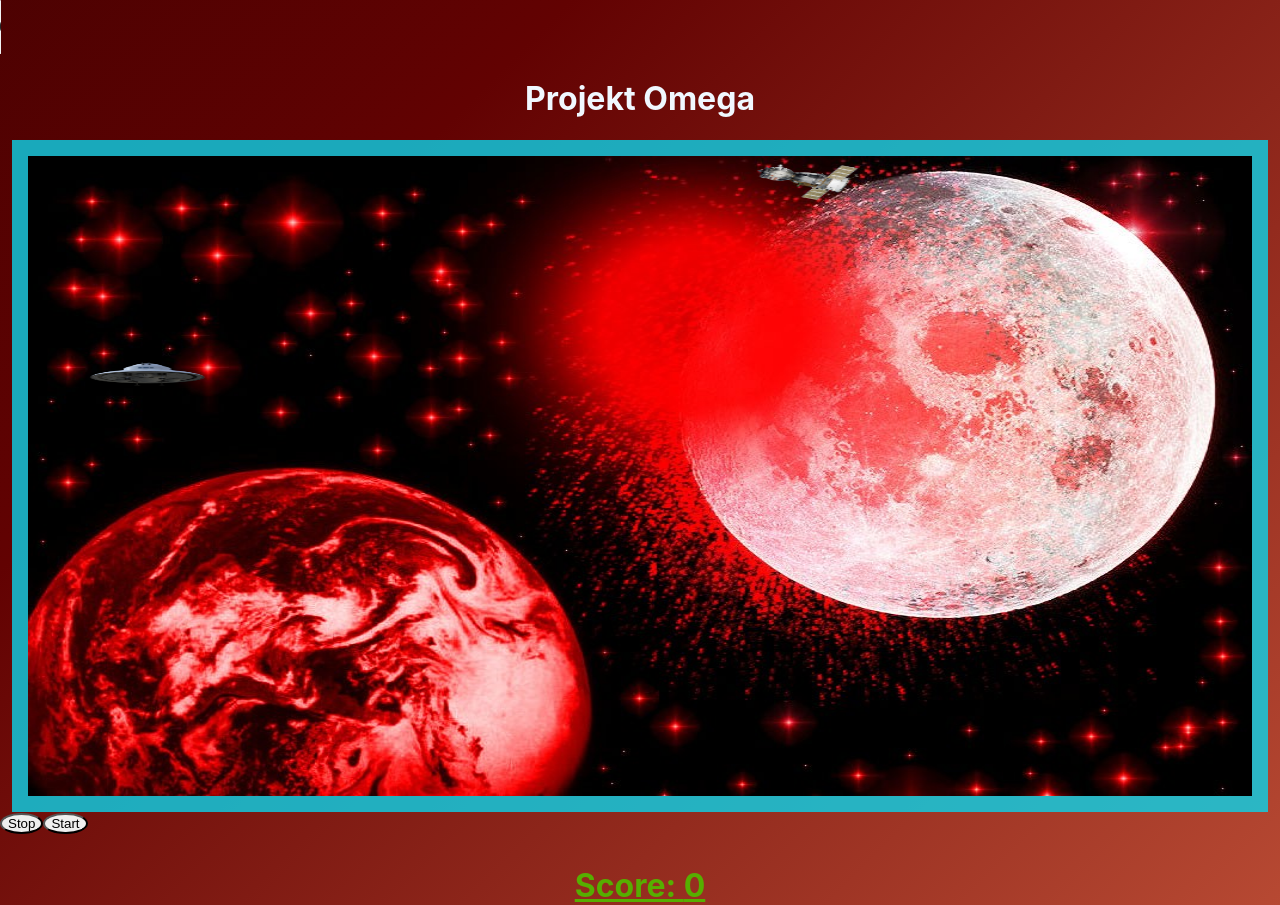
Repository: Der-Metatron/Projekt-Omega-Sprotte
Page: /, after clicking the first element matching `button.startbutton`
The author's editor kept a copy of each file at every save. The page is drawn from the files as they stood at one save, then again after the next save.
The browser window is 1280 px wide. The pictures show the whole page.
The project was rebuilt for these pictures with package versions that can differ from the ones it lists, and the page was loaded fresh each time.

Above is the page before, as saved 2022-06-23 20:50:38.

After the next save:
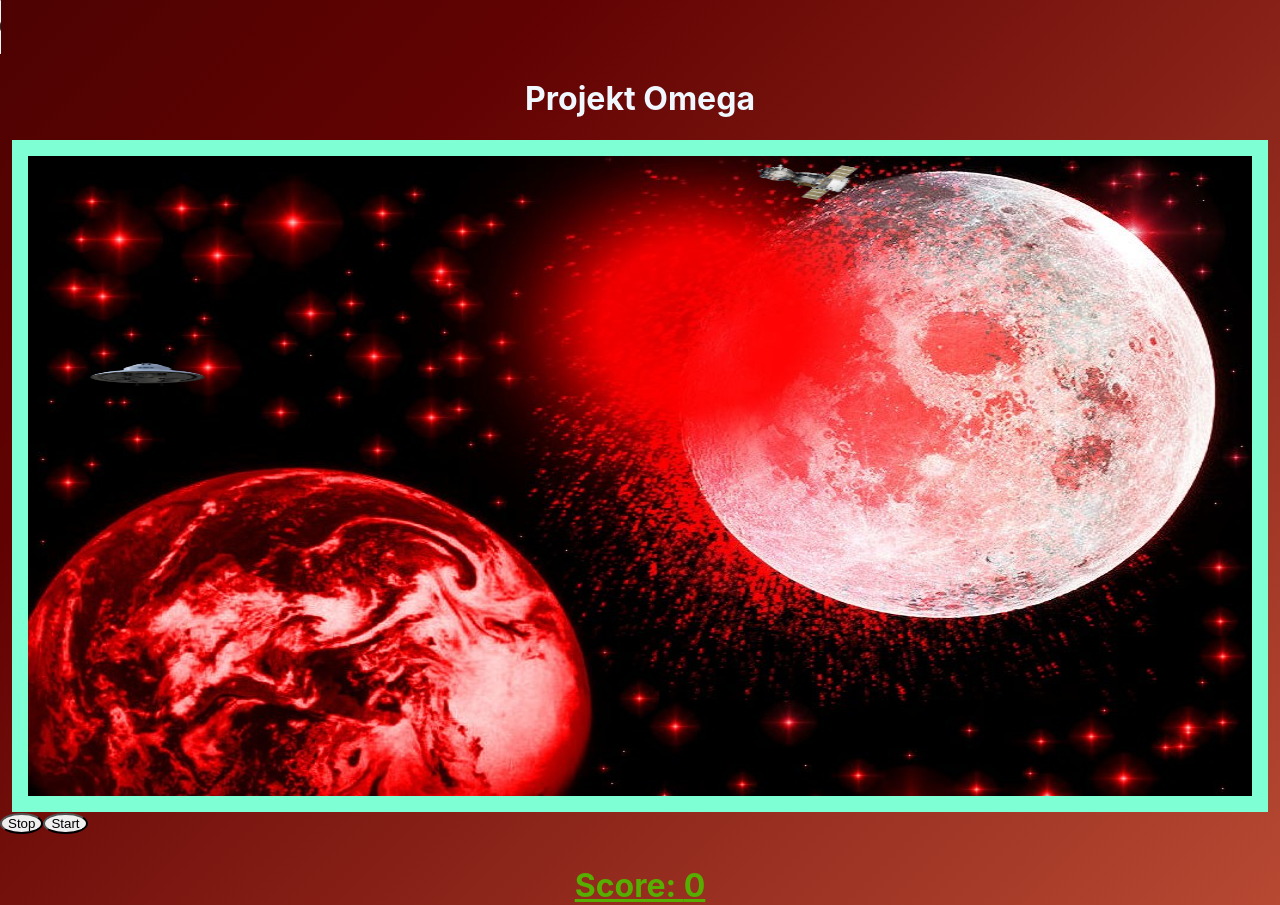
Saved 60 s later.
--- a/src/components/GameCanvas.css
+++ b/src/components/GameCanvas.css
@@ -1,5 +1,5 @@
 canvas {
-  background-color: rgba(10, 212, 234, 0.8);
+  background-color: aquamarine;
   padding-left: 0;
   padding-right: 0;
   margin-left: auto;
